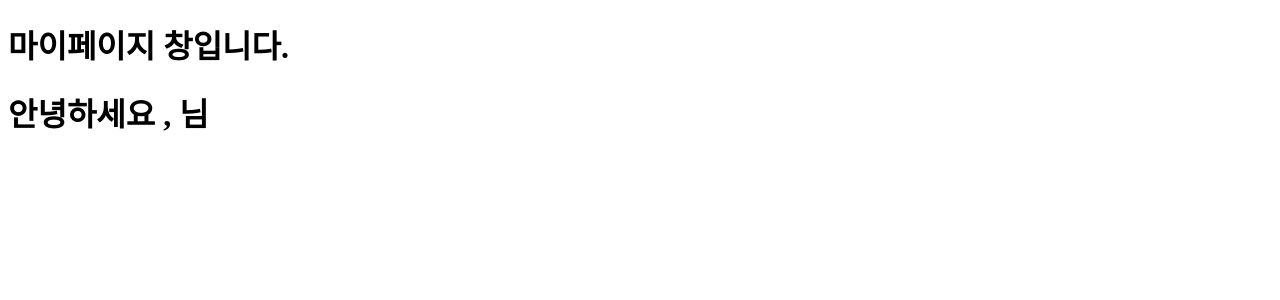
Repository: to-flatwhite1/portfolio
Page: http://localhost/JSP/mypage.jsp
These files come from the project's save history. The page is drawn as it stood at one moment and after the next save; the edit follows.
The browser window is 1280 px wide. The pictures show the whole page.
The page is served by Tomcat 9.

Above is the page before, as saved 2024-07-08 02:40:35.

After the next save:
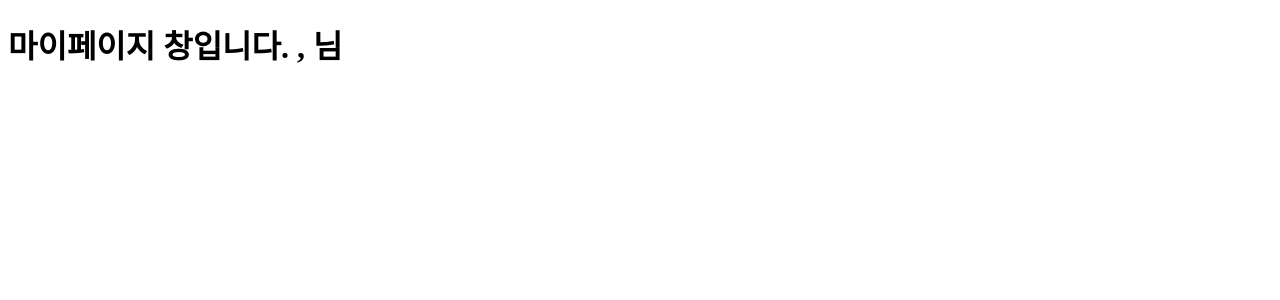
Saved 12 s later.
--- a/JSP/src/main/webapp/mypage.jsp
+++ b/JSP/src/main/webapp/mypage.jsp
@@ -8,7 +8,7 @@
 <title>마이페이지</title>
 </head>
 <body>
-	<h1>마이페이지 창입니다.</h1>
-	<h1>안녕하세요 ${loginUser.name }, ${loginUser.userid }님</h1>
+	<h1>마이페이지 창입니다. ${loginUser.name }, ${loginUser.userid }님</h1>
+
 </body>
 </html>
